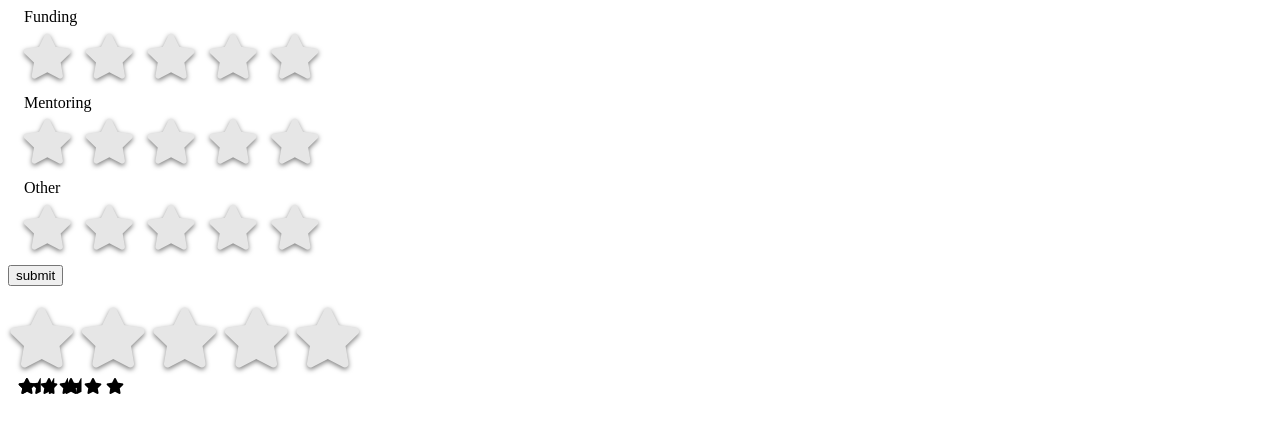
Repository: samalty/star-rating-system-js-test
Page: star3.html
The author's editor kept a record of every edit. The page is drawn from the files as they stood at one moment, then again after the next edit.
The browser window is 1280 px wide. The pictures show the whole page.
Some web libraries are served in a nearby version.

Above is the page before.

### star3.html
    <head>
        <meta charset="utf-8">
        <title>Home</title>
        <link rel="stylesheet" href="styles2.css">
        <link href="https://stackpath.bootstrapcdn.com/font-awesome/4.7.0/css/font-awesome.min.css" rel="stylesheet" integrity="sha384-wvfXpqpZZVQGK6TAh5PVlGOfQNHSoD2xbE+QkPxCAFlNEevoEH3Sl0sibVcOQVnN" crossorigin="anonymous">
        <link rel="stylesheet" href="https://use.fontawesome.com/releases/v5.6.3/css/all.css" integrity="sha384-UHRtZLI+pbxtHCWp1t77Bi1L4ZtiqrqD80Kn4Z8NTSRyMA2Fd33n5dQ8lWUE00s/" crossorigin="anonymous">
        <!--<script src="custom.js" charset="utf-8"></script>-->
        <script src="https://cdnjs.cloudflare.com/ajax/libs/jquery/3.4.1/jquery.min.js"></script>
        <style>
            .disappear{
                display: none;
            }
        </style>
    </head>
    <body>
        <div class="container">
            <form name="stars" class="starsForm" onsubmit="return ratings()">
                <fieldset class="fieldset">
                    <legend>Funding</legend>
                    <input type="radio" name="fundingStar" id="fstar1" class="starRadio" value="1">
                    <label for="fstar1" class="stars">
                        <i class="fa fa-star" aria-hidden="true"></i>
                    </label>
                    <input type="radio" name="fundingStar" id="fstar2" class="starRadio" value="2">
                    <label for="fstar2" class="stars">
                        <i class="fa fa-star" aria-hidden="true"></i>
                    </label>
                    <input type="radio" name="fundingStar" id="fstar3" class="starRadio" value="3">
                    <label for="fstar3" class="stars">
                        <i class="fa fa-star" aria-hidden="true"></i>
                    </label>
                    <input type="radio" name="fundingStar" id="fstar4" class="starRadio" value="4">
                    <label for="fstar4" class="stars">
                        <i class="fa fa-star" aria-hidden="true"></i>
                    </label>
                    <input type="radio" name="fundingStar" id="fstar5" class="starRadio" value="5">
                    <label for="fstar5" class="stars">
                        <i class="fa fa-star" aria-hidden="true"></i>
                    </label>
                </fieldset>
                <fieldset class="fieldset">
                    <legend>Mentoring</legend>
                    <input type="radio" name="mentoringStar" id="mstar1" class="starRadio" value="1">
                    <label for="mstar1" class="stars">
                        <i class="fa fa-star" aria-hidden="true"></i>
                    </label>
                    <input type="radio" name="mentoringStar" id="mstar2" class="starRadio" value="2">
                    <label for="mstar2" class="stars">
                        <i class="fa fa-star" aria-hidden="true"></i>
                    </label>
                    <input type="radio" name="mentoringStar" id="mstar3" class="starRadio" value="3">
                    <label for="mstar3" class="stars">
                        <i class="fa fa-star" aria-hidden="true"></i>
                    </label>
                    <input type="radio" name="mentoringStar" id="mstar4" class="starRadio" value="4">
                    <label for="mstar4" class="stars">
                        <i class="fa fa-star" aria-hidden="true"></i>
                    </label>
                    <input type="radio" name="mentoringStar" id="mstar5" class="starRadio" value="5">
                    <label for="mstar5" class="stars">
                        <i class="fa fa-star" aria-hidden="true"></i>
                    </label>
                </fieldset>
                <fieldset class="fieldset">
                    <legend>Other</legend>
                    <input type="radio" name="otherStar" id="ostar1" class="starRadio" value="1">
                    <label for="ostar1" class="stars">
                        <i class="fa fa-star" aria-hidden="true"></i>
                    </label>
                    <input type="radio" name="otherStar" id="ostar2" class="starRadio" value="2">
                    <label for="ostar2" class="stars">
                        <i class="fa fa-star" aria-hidden="true"></i>
                    </label>
                    <input type="radio" name="otherStar" id="ostar3" class="starRadio" value="3">
                    <label for="ostar3" class="stars">
                        <i class="fa fa-star" aria-hidden="true"></i>
                    </label>
                    <input type="radio" name="otherStar" id="ostar4" class="starRadio" value="4">
                    <label for="ostar4" class="stars">
                        <i class="fa fa-star" aria-hidden="true"></i>
                    </label>
                    <input type="radio" name="otherStar" id="ostar5" class="starRadio" value="5">
                    <label for="ostar5" class="stars">
                        <i class="fa fa-star" aria-hidden="true"></i>
                    </label>
                </fieldset>
                <input type="submit" class="submit" value="submit">
            </form>
        </div>
        <div class="emptyStars">
            <i class="fa fa-star" id="emptyStar1"></i>
            <i class="fa fa-star" id="emptyStar2"></i>
            <i class="fa fa-star" id="emptyStar3"></i>
            <i class="fa fa-star" id="emptyStar4"></i>
            <i class="fa fa-star" id="emptyStar5"></i>
        </div>
        <div class="halfStars">
            <i class="fas fa-star-half" id="halfStar1"></i>
            <i class="fas fa-star-half" id="halfStar2"></i>
            <i class="fas fa-star-half" id="halfStar3"></i>
            <i class="fas fa-star-half" id="halfStar4"></i>
            <i class="fas fa-star-half" id="halfStar5"></i>
        </div>
        <div class="fullStars">
            <i class="fa fa-star" id="fullStar1"></i>
            <i class="fa fa-star" id="fullStar2"></i>
            <i class="fa fa-star" id="fullStar3"></i>
            <i class="fa fa-star" id="fullStar4"></i>
            <i class="fa fa-star" id="fullStar5"></i>
        </div>
    </body>
    <script type="text/javascript">
        $(document).ready(function(){
            $(".stars").click(function(){
                $(this).css("color", "#ffd11a");
                $(this).prevAll("label").css("color", "#ffd11a")
                $(this).nextAll("label").css("color", "#e6e6e6");
            });
        });

        const star5 = document.getElementById('fullStar5');
        const star4 = document.getElementById('fullStar4');
        const star3 = document.getElementById('fullStar3');
        const star2 = document.getElementById('fullStar2');
        const half5 = document.getElementById('halfStar5');
        const half4 = document.getElementById('halfStar4');
        const half3 = document.getElementById('halfStar3');
        const half2 = document.getElementById('halfStar2');

        function ratings(){

            var x = document.forms["stars"]["fundingStar"].value;
            var y = document.forms["stars"]["mentoringStar"].value;
            var z = document.forms["stars"]["otherStar"].value;
            var o = ((x + y + z) / 3);
            console.log(o);

            console.log("You have given X a rating of " + x + " for funding.");
            console.log("You have given X a rating of " + y + " for mentoring.");
            console.log("You have given X a rating of " + z + " for other.");

            if (o < 3.25) {
                console.log("o is less that 3.25");
                document.getElementById('halfStar4').classList.add('disappear');
            } else if (o < 3.75) {
                console.log("o is less that 3.75");
                document.getElementById('fullStar4').classList.add('disappear');
            } else if (o < 4.25) {
                console.log("o is less that 4.25");
                document.getElementById('halfStar5').classList.add('disappear');
            } else if (o < 4.75) {
                console.log("o is less that 4.75");
                document.getElementById('fullStar5').classList.add('disappear');
            }
        }
    </script>
</html>

### styles2.css
.container{
    height: 300px;
}

.starsForm{
    position: absolute;
    display: flexbox;
}
/*
.fundingStarContainer{
    display: flex;
    margin: 0;
    border: 1px solid black;
}
*/
.starRadio{
    display: none;
}
.starsForm label{
    display: flexbox;
    cursor: pointer;
    width: 50px;
    position: relative;
    font-size: 45px;
    color: #e6e6e6;
    text-shadow: 0 2px 5px rgba(0,0,0,.5);
}
.fieldset{
    width: 100%;
    display: flexbox;
    border: none;
}

.fullStars,
.halfStars{
    position: absolute;
    padding: 10px;
    height: 100px;
}

#emptyStar1,
#emptyStar2,
#emptyStar3,
#emptyStar4,
#emptyStar5{
    color: #e6e6e6;
    font-size: 60px;
    text-shadow: 0 2px 5px rgba(0,0,0,.5);
}
#overallHalf{
    font-size: 60px;
    color: #ffd11a;
    text-shadow: 0 2px 5px rgba(0,0,0,.5);
}
.light{
    color: #ffd11a;
}

After the next edit:
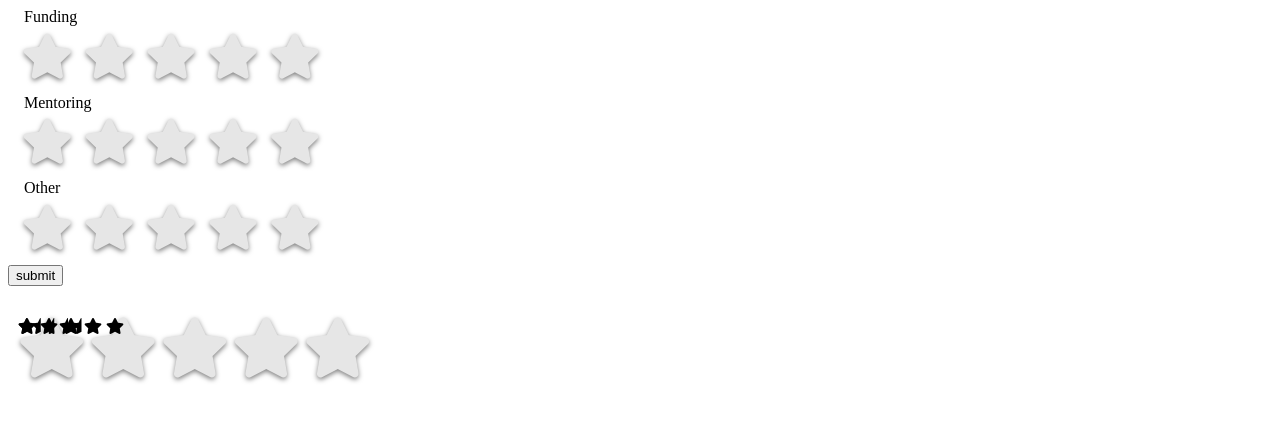
The edit:
--- a/styles2.css
+++ b/styles2.css
@@ -31,6 +31,7 @@
     border: none;
 }
 
+.emptyStars,
 .fullStars,
 .halfStars{
     position: absolute;
